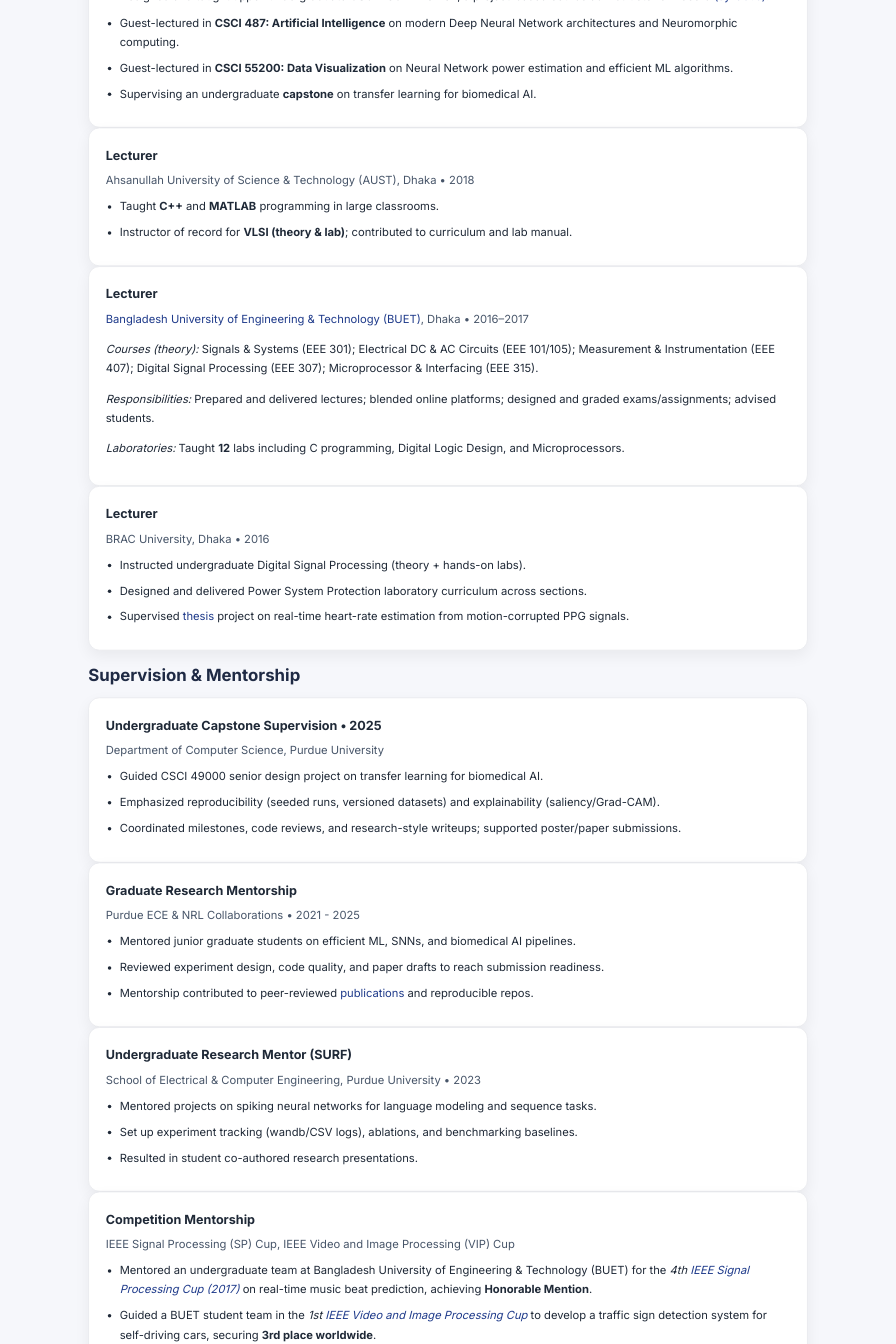
Repository: SayeedChowdhury/SayeedChowdhury.github.io
Page: teaching.html
These files come from the project's save history. The page is drawn as it stood at one moment and after the next save; the edit follows.
The browser window is 1280 px wide. The pictures show the part of the page from y = 535 to 2455 px (the page is 3408 px tall before and 3248 px after), at 70% of full size.

Above is the page before, as saved 2025-09-23 14:58:57.

After the next save:
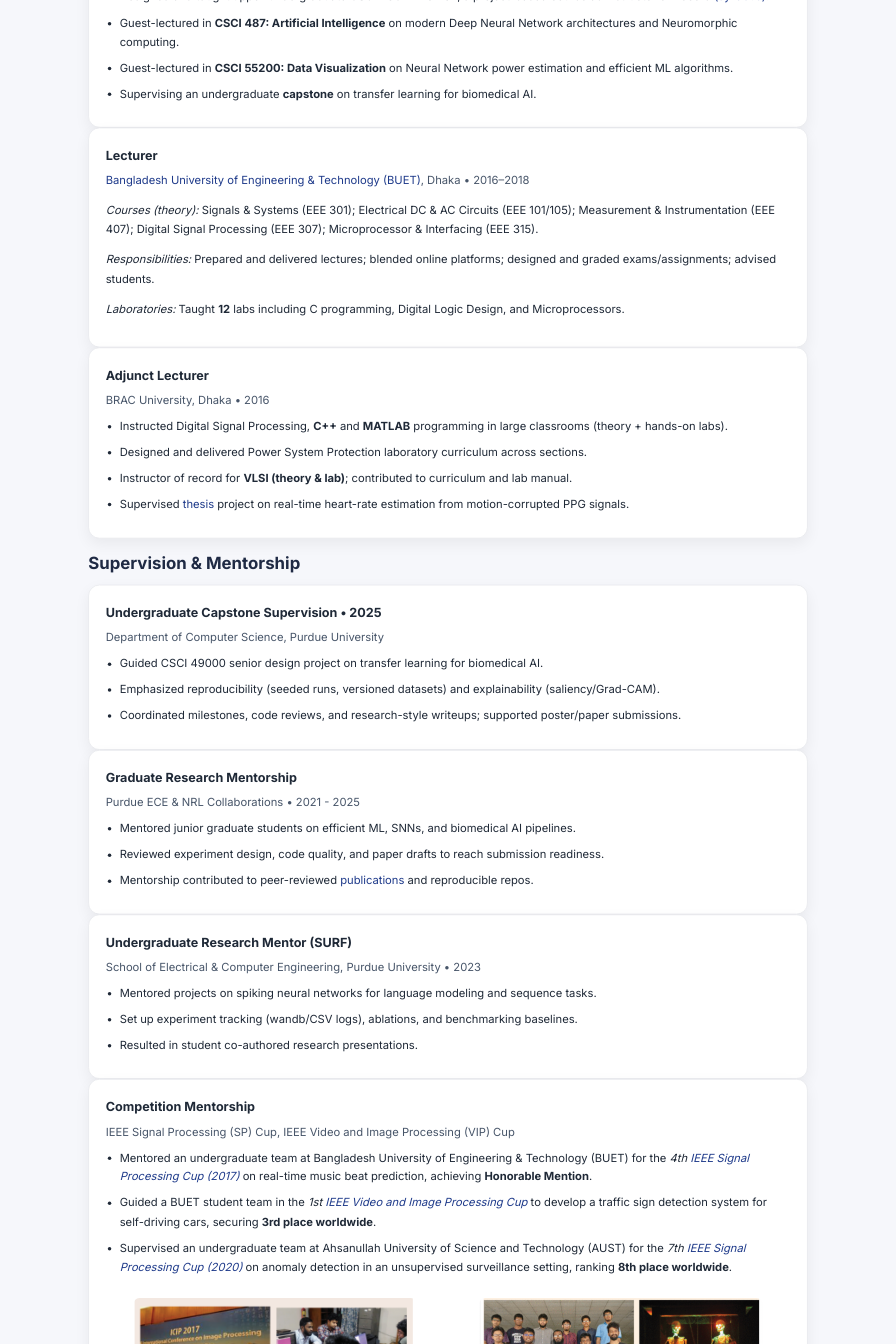
Saved 2 min 1 s later.
--- a/teaching.html
+++ b/teaching.html
@@ -51,20 +51,10 @@
       </ul>
     </div>
 
-    <!-- AUST -->
-    <div class="card">
-      <h3>Lecturer</h3>
-      <div class="lead">Ahsanullah University of Science &amp; Technology (AUST), Dhaka • 2018</div>
-      <ul class="list">
-        <li>Taught <strong>C++</strong> and <strong>MATLAB</strong> programming in large classrooms.</li>
-        <li>Instructor of record for <strong>VLSI (theory &amp; lab)</strong>; contributed to curriculum and lab manual.</li>
-      </ul>
-    </div>
-
     <!-- BUET -->
     <div class="card">
       <h3>Lecturer</h3>
-      <div class="lead"> <a href="https://sayeed.buet.ac.bd/" target="_blank" rel="noopener">Bangladesh University of Engineering &amp; Technology (BUET)</a>, Dhaka • 2016–2017</div>
+      <div class="lead"> <a href="https://sayeed.buet.ac.bd/" target="_blank" rel="noopener">Bangladesh University of Engineering &amp; Technology (BUET)</a>, Dhaka • 2016–2018</div>
       <p><em>Courses (theory):</em> Signals &amp; Systems (EEE 301); Electrical DC &amp; AC Circuits (EEE 101/105);
         Measurement &amp; Instrumentation (EEE 407); Digital Signal Processing (EEE 307);
         Microprocessor &amp; Interfacing (EEE 315).</p>
@@ -75,11 +65,12 @@
 
     <!-- BRAC University -->
     <div class="card">
-      <h3>Lecturer</h3>
+      <h3>Adjunct Lecturer</h3>
       <div class="lead">BRAC University, Dhaka • 2016</div>
       <ul class="list">
-        <li>Instructed undergraduate Digital Signal Processing (theory + hands-on labs).</li>
+        <li>Instructed Digital Signal Processing, <strong>C++</strong> and <strong>MATLAB</strong> programming in large classrooms (theory + hands-on labs).</li>
         <li>Designed and delivered Power System Protection laboratory curriculum across sections.</li>
+        <li>Instructor of record for <strong>VLSI (theory &amp; lab)</strong>; contributed to curriculum and lab manual.</li>
         <li>Supervised <a href="https://dspace.bracu.ac.bd/xmlui/handle/10361/8610?show=full" target="_blank" rel="noopener">thesis</a> project on real-time heart-rate estimation from motion-corrupted PPG signals.</li>
       </ul>
     </div>
